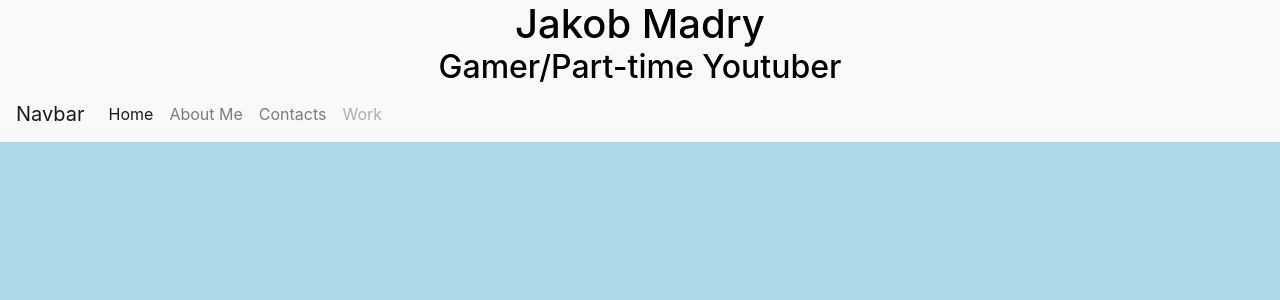
Repository: Jakobmadry/workspace
Page: resume.html
The author's editor kept a record of every edit. The page is drawn from the files as they stood at one moment, then again after the next edit.
The browser window is 1280 px wide. The pictures show the whole page.

Above is the page before.
Not found: css/normalize.css

After the next edit:
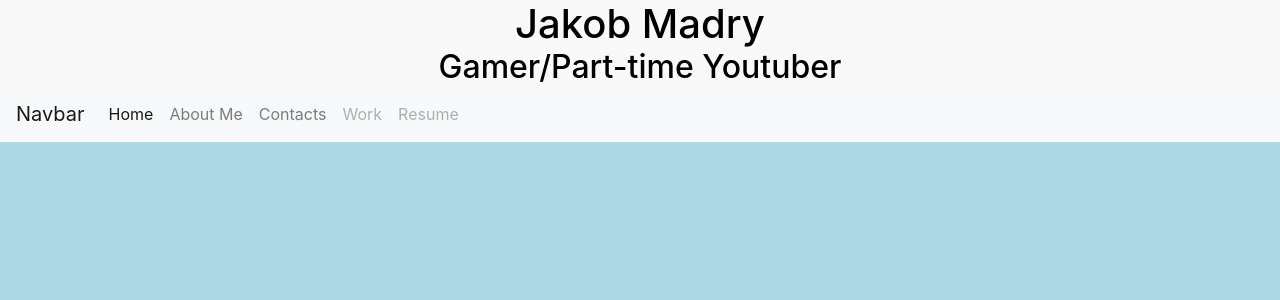
The edit:
--- a/resume.html
+++ b/resume.html
@@ -37,6 +37,9 @@
       <li class="nav-item">
         <a class="nav-link disabled" href="work.html">Work</a>
       </li>
+      <li class="nav-item">
+        <a class="nav-link disabled" href="resume.html">Resume</a>
+      </li>
     </ul>
   </div>
 </nav>
